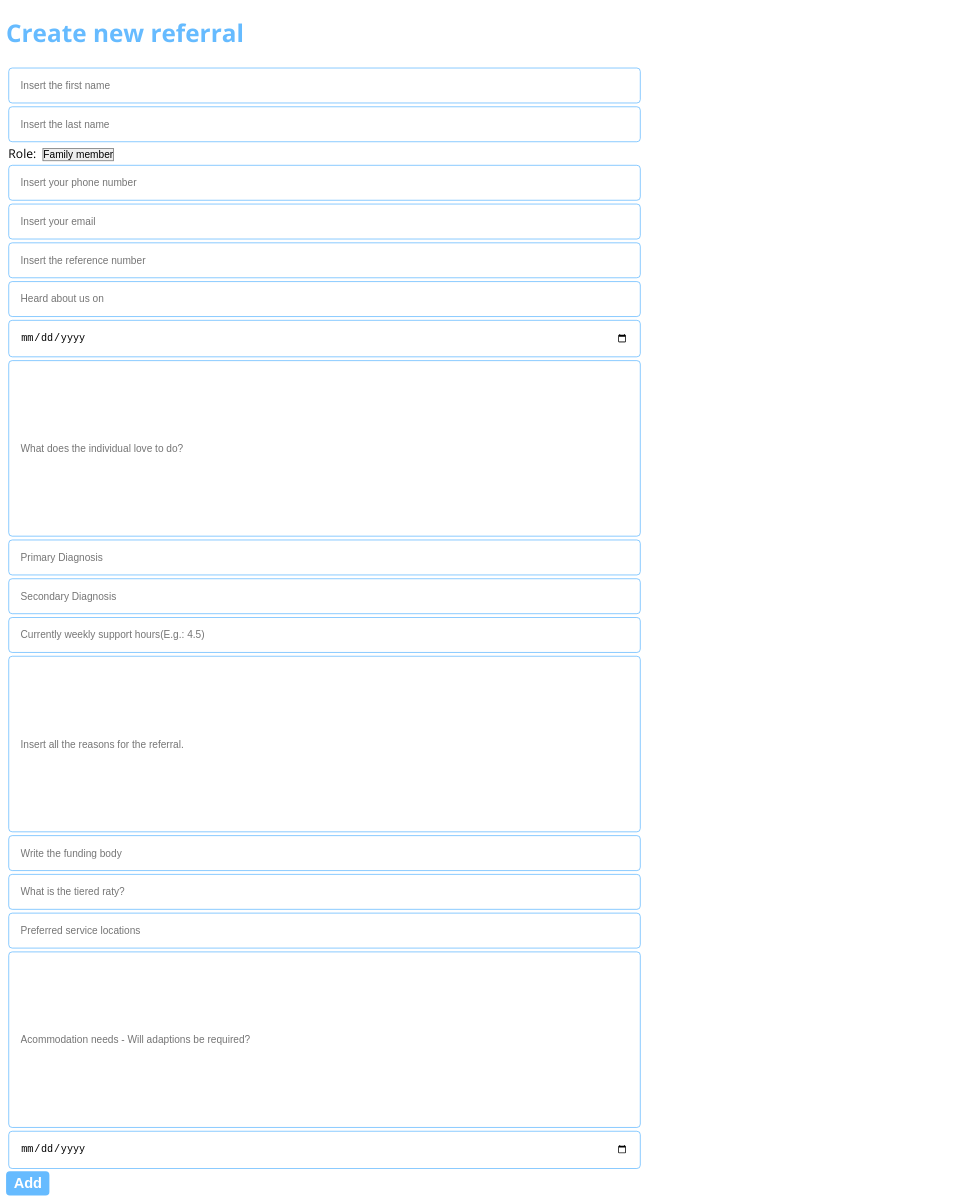
Repository: israelrodriguees/QAactivity
Page: http://localhost/referral/new_referral.jsp
An editor plug-in stored every save of this project. The page is shown before and after the next save, followed by the edit.
The browser window is 1280 px wide. The pictures show the whole page, at 76% of full size.
The page is served by Tomcat 9.

Above is the page before, as saved 2021-08-17 10:38:42.

After the next save:
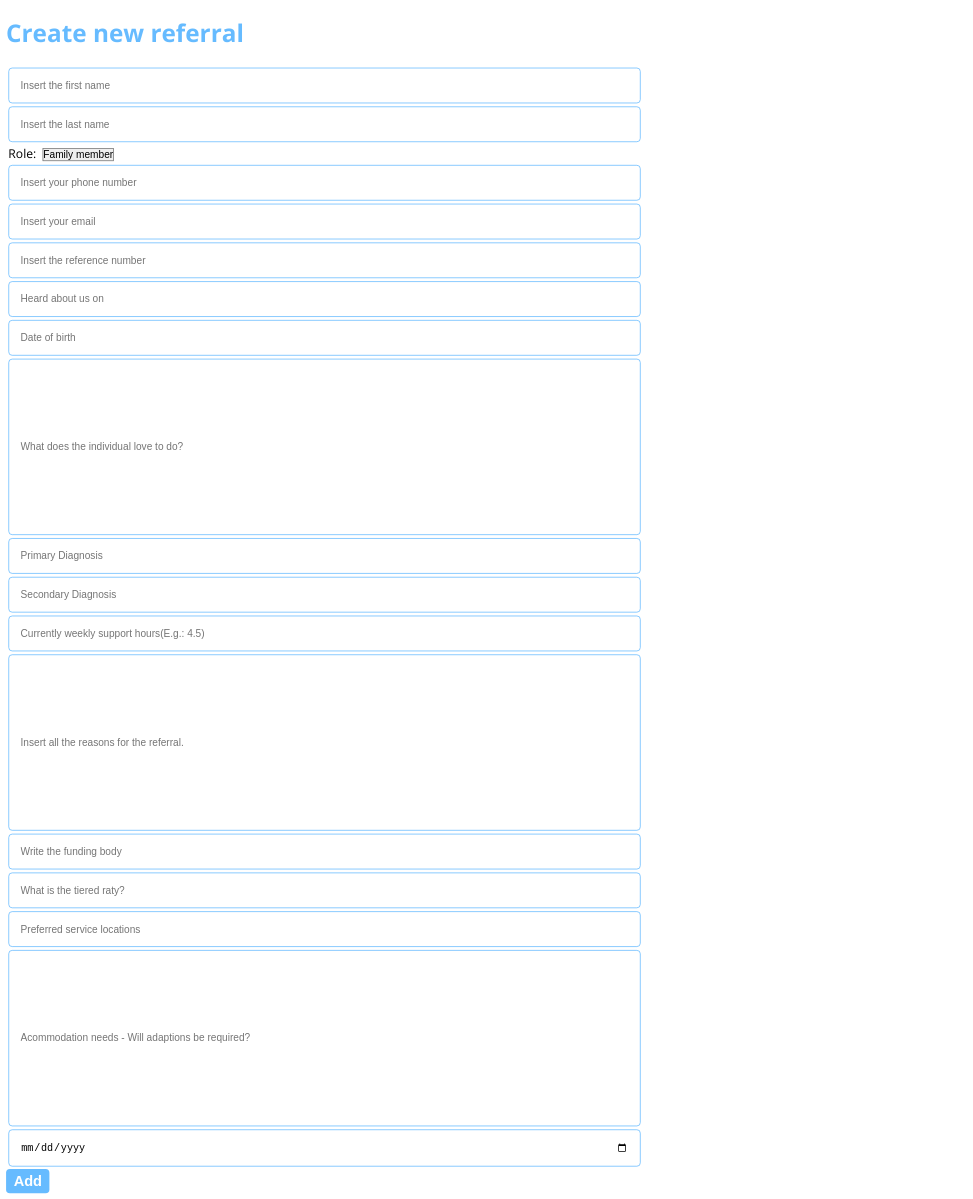
Saved 3 min 4 s later.
--- a/referral/src/main/webapp/new_referral.jsp
+++ b/referral/src/main/webapp/new_referral.jsp
@@ -49,7 +49,7 @@
 			</tr>
 
 			<tr>
-				<td><input type="date" name="txt_dbirth"
+				<td><input type="text" name="txt_dbirth"
 					placeholder="Date of birth" class="Box1"></td>
 			</tr>
 
